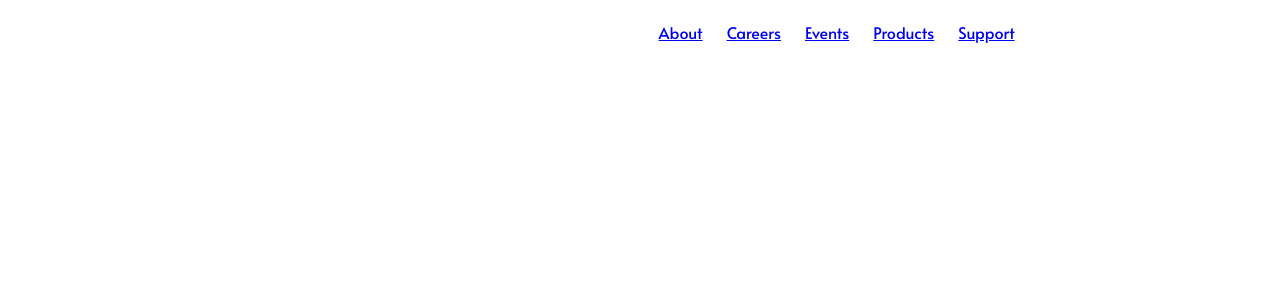
Repository: gligor99/loopstudios-fm
Page: /
The author's editor kept a copy of each file at every save. The page is drawn from the files as they stood at one save, then again after the next save.
The browser window is 1280 px wide. The pictures show the whole page.
The project was rebuilt for these pictures with package versions that can differ from the ones it lists, and the page was loaded fresh each time.

Above is the page before, as saved 2021-11-28 14:43:09.

After the next save:
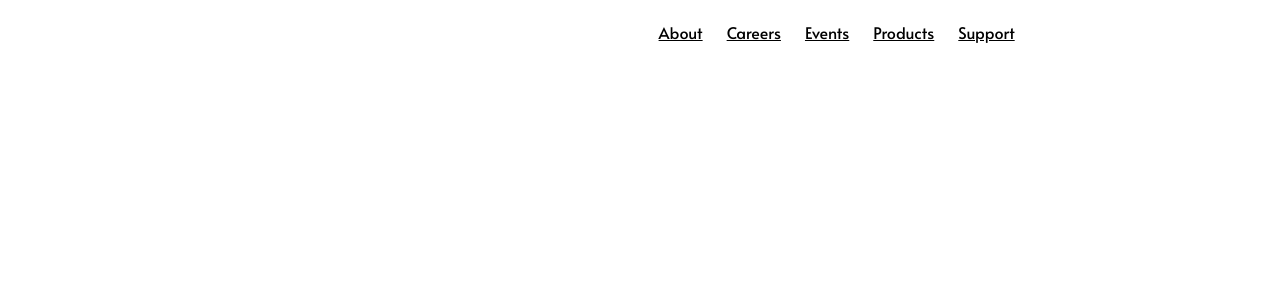
Saved 17 s later.
--- a/src/components/Navbar/navbar.css
+++ b/src/components/Navbar/navbar.css
@@ -20,5 +20,5 @@ li{
     padding-right: 1.5rem;
 }
 a{
-    border: none;
+    color: var(--clrr-black);
 }
